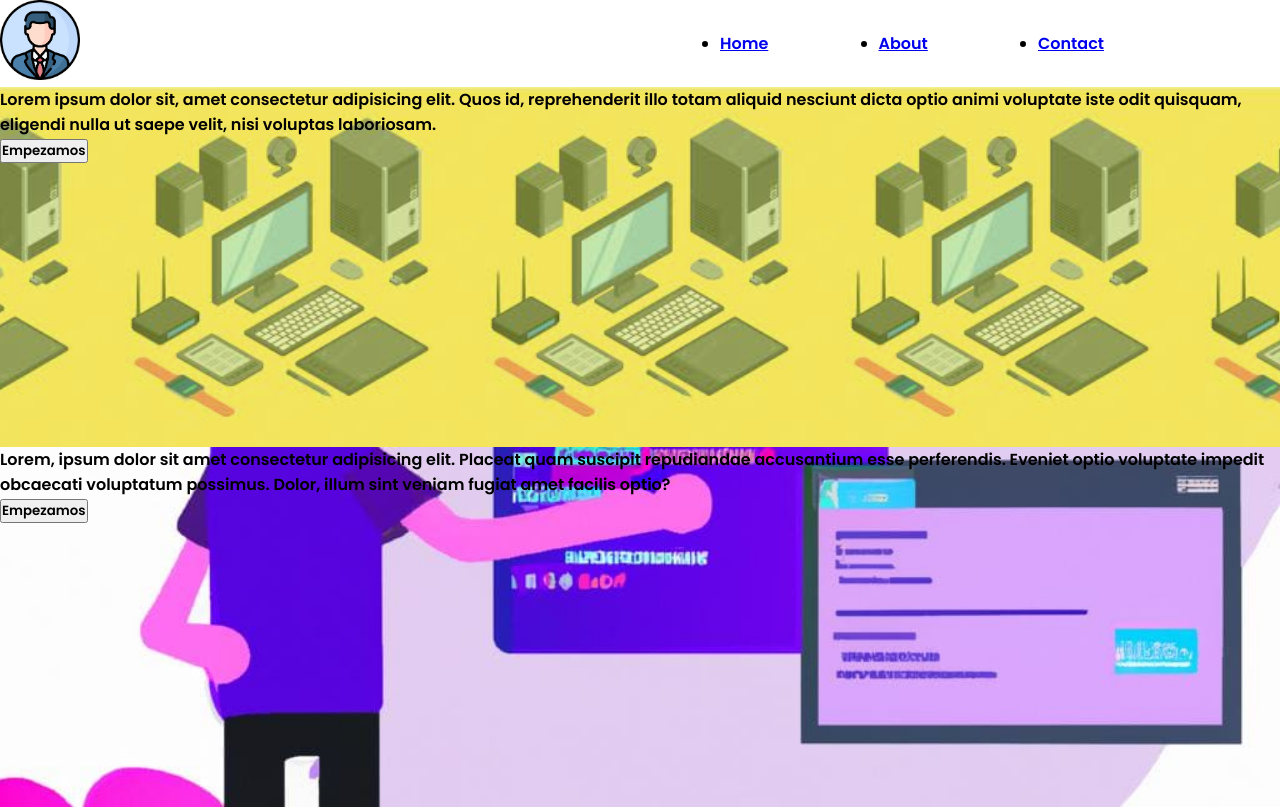
Repository: Sxcram02/projects
Page: screen-split/index.html
The author's editor kept a copy of each file at every save. The page is drawn from the files as they stood at one save, then again after the next save.
The browser window is 1280 px wide. The pictures show the whole page.

Above is the page before, as saved 2023-03-17 00:30:57.

### screen-split/index.html
<!DOCTYPE html>
<html lang="en">
<head>
    <meta charset="UTF-8">
    <meta http-equiv="X-UA-Compatible" content="IE=edge">
    <meta name="viewport" content="width=device-width, initial-scale=1.0">
    <link rel="stylesheet" href="https://cdn.jsdelivr.net/npm/boxicons@latest/css/boxicons.min.css">
    <link rel="stylesheet" href="style/index.css" type="text/css">
    <title>Screen Split</title>
</head>
<body>
    <div class="root-element">
    <header>
        <div class="image-perfil">
            <img src="media/Sin título.png" class="photoPerfil" alt="">
        </div>
        <nav>
            <ul>
                <li><a href="/index.html">Home</a></li>
                <li><a href="#">About</a></li>
                <li><a href="#">Contact</a></li>
            </ul>
        </nav>
    </header>
    <main>
        <aside class="box-text">
            <div class="image-filterHard">
            <p>Lorem ipsum dolor sit, amet consectetur adipisicing elit. Quos id, reprehenderit illo totam aliquid nesciunt dicta optio animi voluptate iste odit quisquam, eligendi nulla ut saepe velit, nisi voluptas laboriosam.</p>
            <button>Empezamos</button>
            </div>
        </aside>
        <aside class="box-software">
            <div class="image-filterSoft">
            <p>Lorem, ipsum dolor sit amet consectetur adipisicing elit. Placeat quam suscipit repudiandae accusantium esse perferendis. Eveniet optio voluptate impedit obcaecati voluptatum possimus. Dolor, illum sint veniam fugiat amet facilis optio?</p>
            <button>Empezamos</button>
            </div>
        </aside>
    </main>
    </div>
</body>
</html>

### screen-split/style/index.css
@import url('https://fonts.googleapis.com/css2?family=Poppins:ital,wght@0,600;0,700;0,800;1,700&display=swap');

* {
    padding: 0;
    margin: 0;
    box-sizing: border-box;
    font-family: 'Poppins',sans-serif;
}

header {
    width: 100vw;
    display: flex;
    justify-content: start;
    align-items: center;
}

.photoPerfil {
    width: 80px;
}

nav {
    margin-left: 50%;
    width: 30%;
}

nav ul {
    display: flex;
    justify-content: space-between;
    align-items: center;
}

main {
    width:100vw;
    height: 50vh;
}

aside {
    width: 100%;
    height: 100%;
}

.box-text {
    background-image: url(../media/hardware.jpeg);
    background-position: center;
    background-size: contain;
}

.box-software {
    background-image: url(../media/software.jpg);
    background-position: center;
    background-size: cover;
}

.image-filterHard {
    background-color: rgba(221, 255, 49, 0.342);
    height: 100%;
}

/* @media screen and (min-width:1000px){
    nav {
        width: 50%;
    }

    main {
        flex-direction: row;
    }

    div {
        width: 50%;
        height: 100vh;
    }
} */

After the next save:
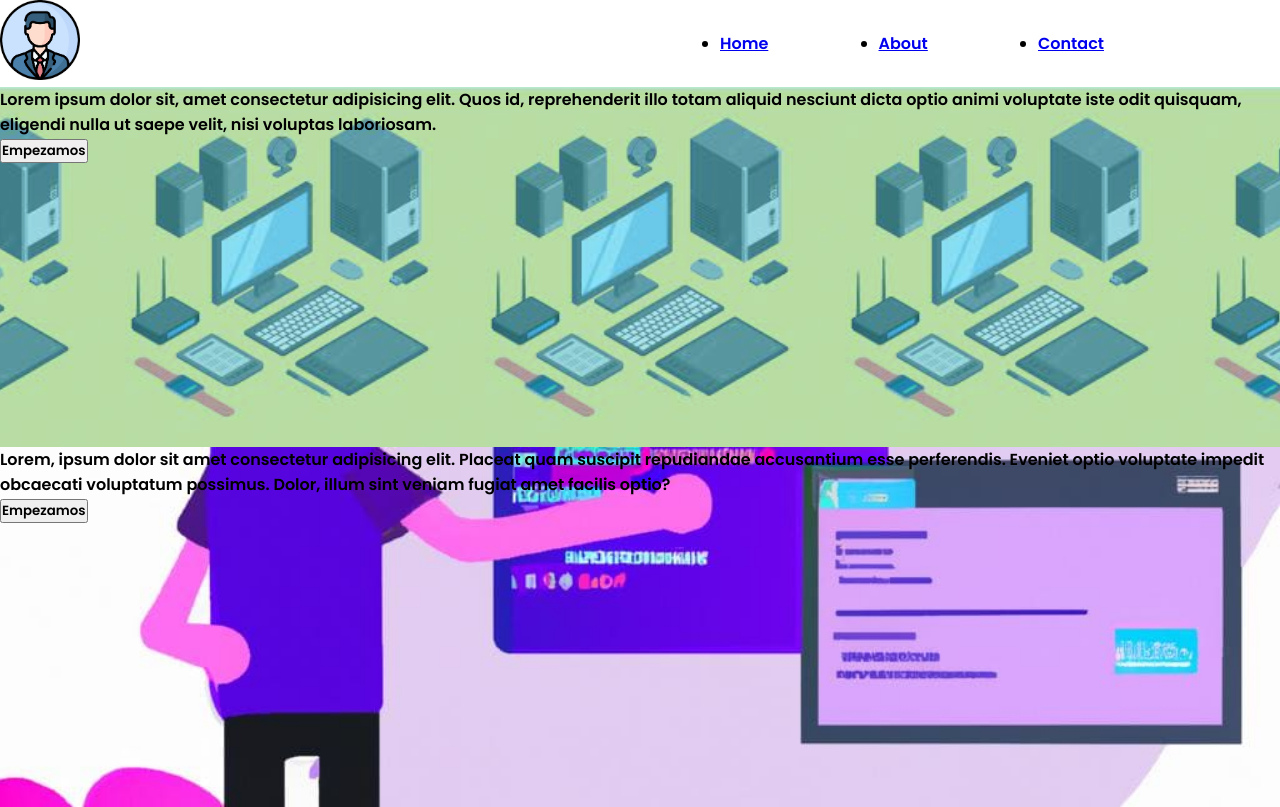
Saved 5 s later.
--- a/screen-split/style/index.css
+++ b/screen-split/style/index.css
@@ -52,7 +52,7 @@ aside {
 }
 
 .image-filterHard {
-    background-color: rgba(221, 255, 49, 0.342);
+    background-color: rgba(49, 231, 255, 0.342);
     height: 100%;
 }
 
